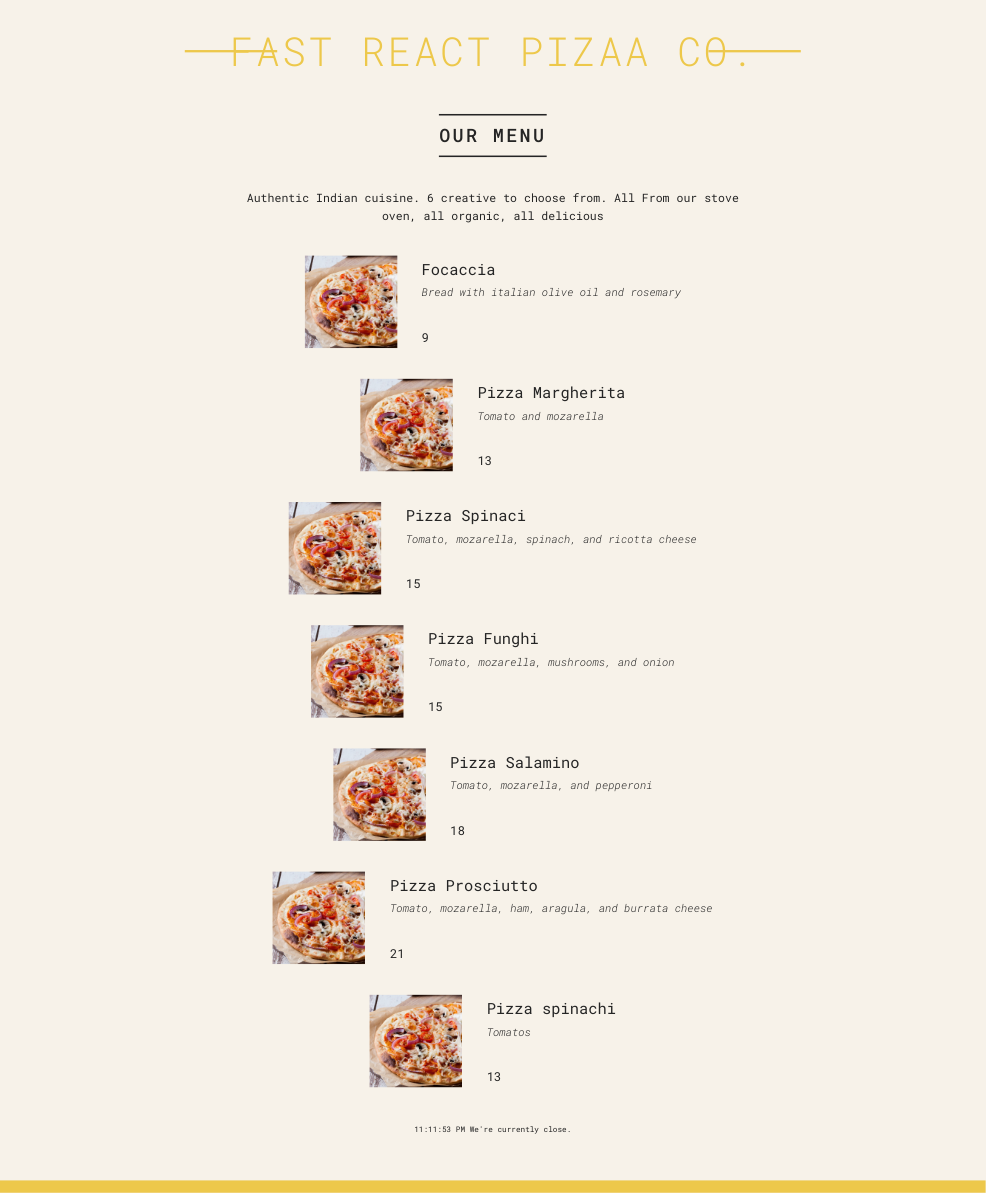
Repository: balaji-ummadisetty/reactPropsPractice
Page: /
An editor plug-in stored every save of this project. The page is shown before and after a run of saves, followed by the edit.
The browser window is 1280 px wide. The pictures show the whole page, at 77% of full size.
The project was rebuilt for these pictures with package versions that can differ from the ones it lists, and the page was loaded fresh each time. Also part of the build but not shown: vite.config.js.

Above is the page before, as saved 2024-05-08 23:11:53.

After the next 6 saves:
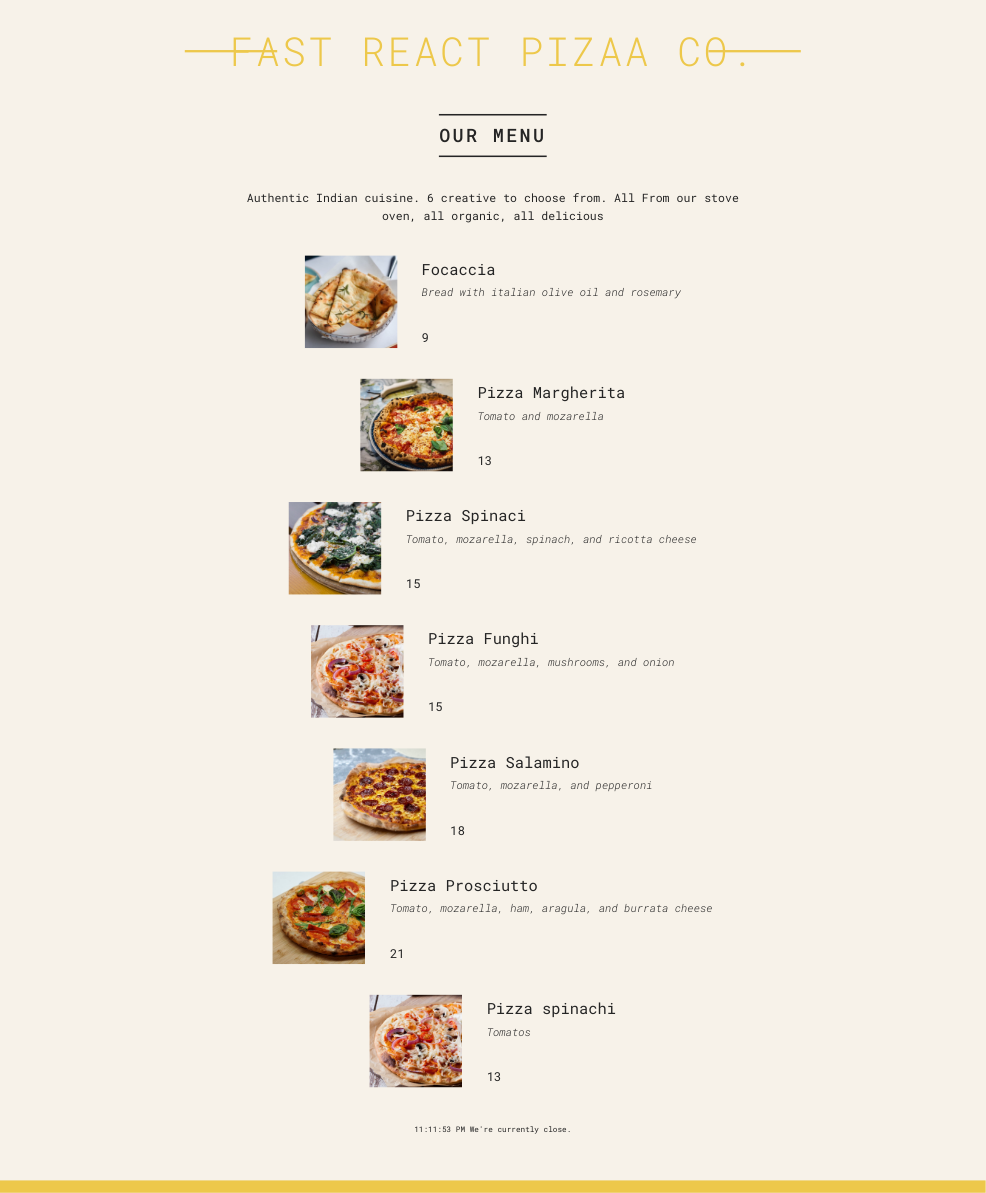
The 6 saves are shown as one change because they came seconds apart.
The last was saved 16 s later.
--- a/src/App.jsx
+++ b/src/App.jsx
@@ -30,7 +30,7 @@ const Menu =()=>{
         <h2>Our menu</h2>
         <p>Authentic Indian cuisine. 6 creative to choose from. All From our stove oven, all organic, all delicious</p>
         {pizzaData.map((data) =>{
-            return <Pizza name={data.name} ingredients={data.ingredients} price={data.price} photoName='/pizzas/funghi.jpg'/>
+            return <Pizza name={data.name} ingredients={data.ingredients} price={data.price} photoName={data.photoName}/>
         })}
         <Pizza name="Pizza spinachi" ingredients='Tomatos' price={10} photoName='/pizzas/funghi.jpg'/>
         </main>
